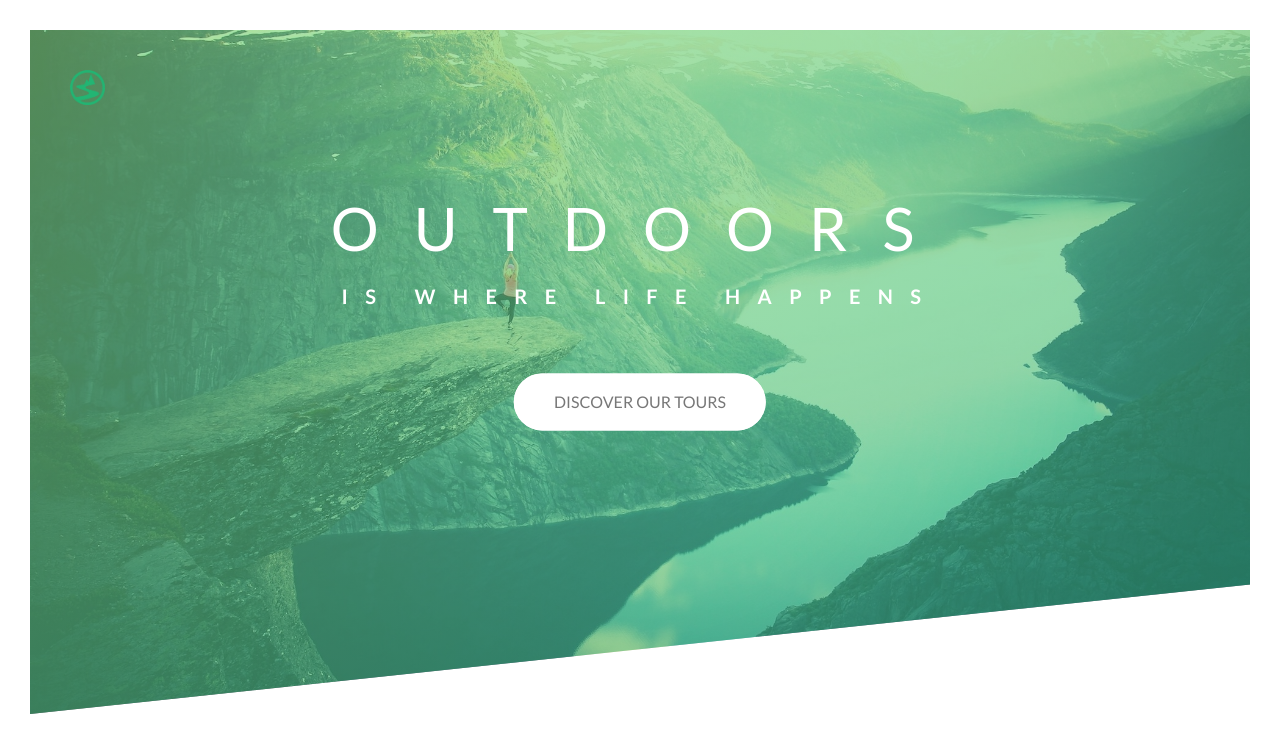
Repository: mukiSabljakovic/NatoursV1
Page: index.html
An editor plug-in stored every save of this project. The page is shown before and after the next save, followed by the edit.
The browser window is 1280 px wide. The pictures show the whole page.
Some web libraries are served in a nearby version.

Above is the page before, as saved 2020-05-11 16:27:24.

After the next save:
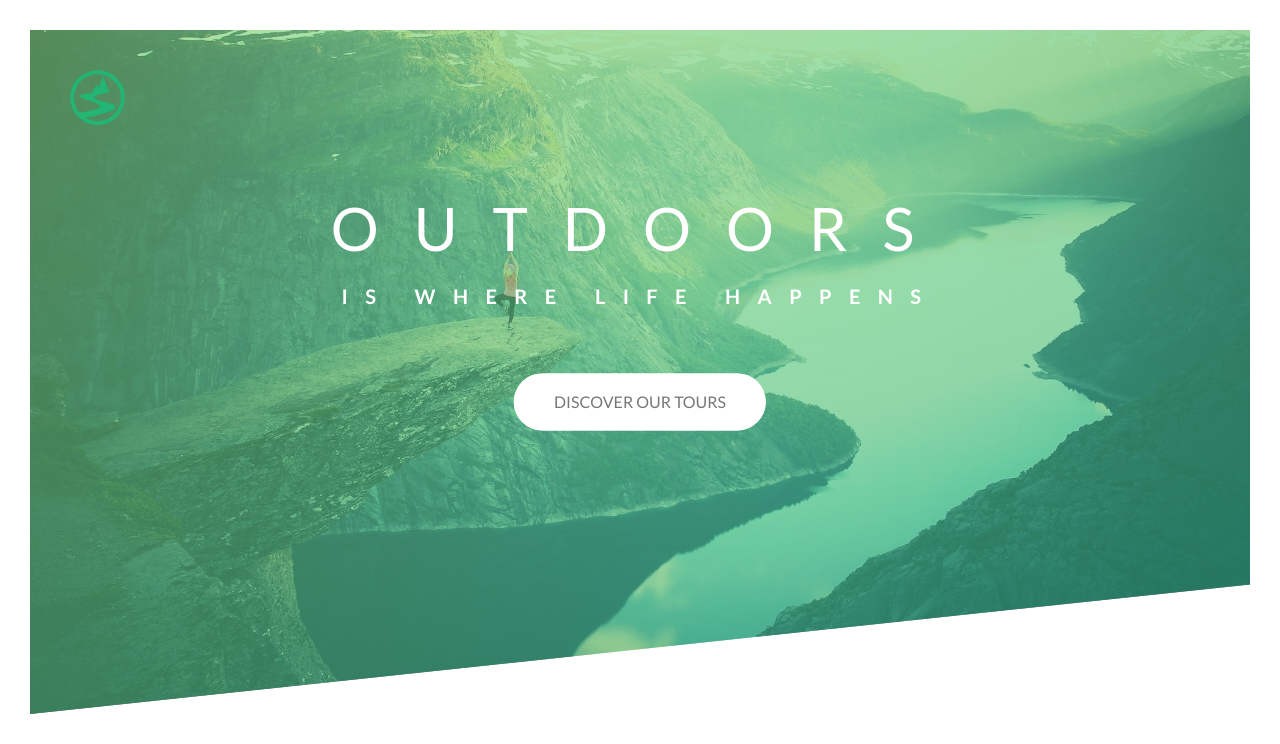
Saved 10 s later.
--- a/css/style.css
+++ b/css/style.css
@@ -48,7 +48,7 @@ body {
 }
 
 .logo {
-    height: 35px;
+    height: 55px;
 }
 
 .text-box {
